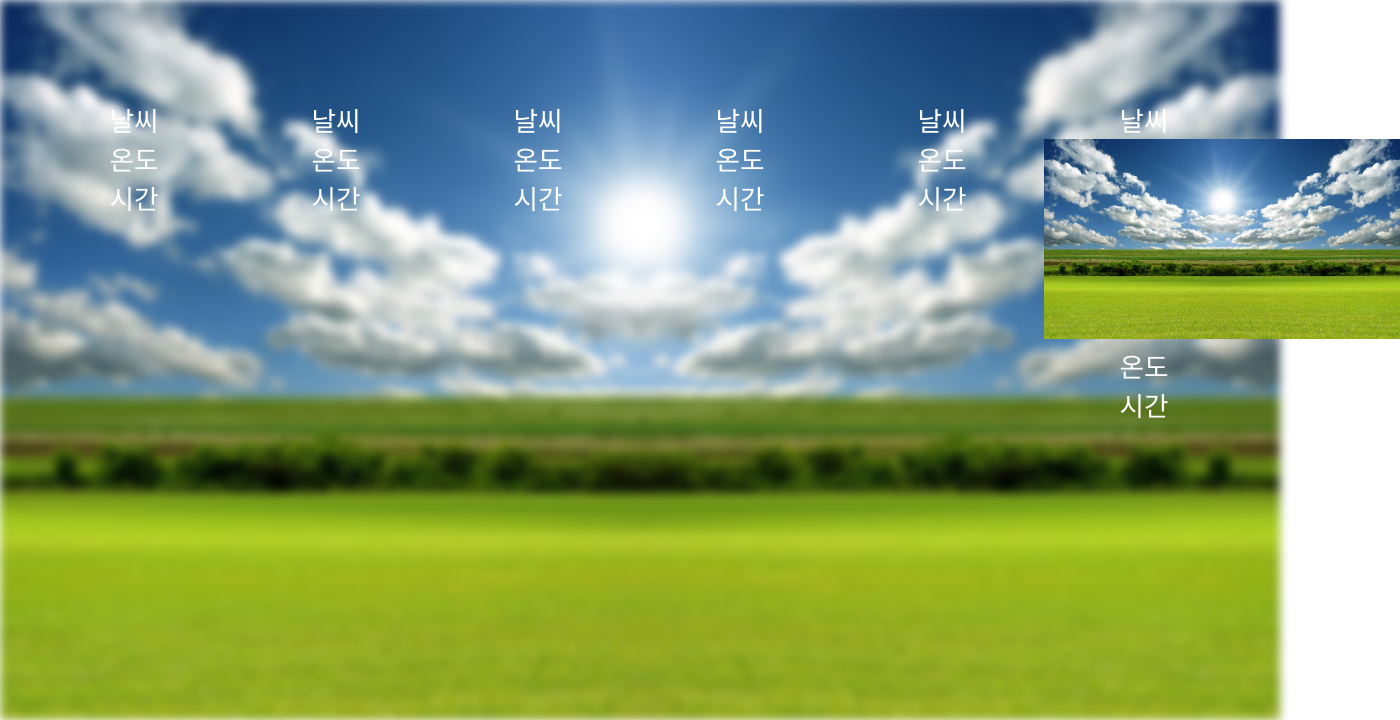
Repository: RyoTTa/4-1-Web-Programming
Page: SoloProject/Project/WebContent/index.html
The author's editor kept a copy of each file at every save. The page is drawn from the files as they stood at one save, then again after the next save.
The browser window is 1280 px wide. The page is 1400 px wide, then 1280 px, so the pictures cover 1400 px, including what lies to the right of the window. The pictures show the whole page.
The page's requests for data from a server got no answer.

Above is the page before, as saved 2020-05-05 15:24:44.

### SoloProject/Project/WebContent/index.html
<!DOCTYPE html>
<html>
<head>
	<meta charset="UTF-8">
	<script src="https://ajax.googleapis.com/ajax/libs/jquery/3.4.1/jquery.min.js"></script>
	<link type="text/css" rel="stylesheet" href="background.css"></link>
	<title>Insert title here</title>
</head>
<body>
	<div>
		<center>
			<div><h2 id="current_time" ></h2></div>
			<div><h1 id="current_weather"></h1></div>
			<div id="current_temp"></div>
		</center>
	</div>
	<div class="forecast_layer_outter">
		<div class="forecast_layer_inner">
			<div class="forecast_contents">
				<div class="box">
					<div id="box1_weather">날씨</div>
					<div id="box1_weather_icon"></div>
					<div id="box1_temp">온도</div>
					<div id="box1_time">시간</div>
				</div>
				<div class="box">
					<div id="box2_weather">날씨</div>
					<div id="box2_weather_icon"></div>
					<div id="box2_temp">온도</div>
					<div id="box2_time">시간</div>
				</div>
				<div class="box">
					<div id="box3_weather">날씨</div>
					<div id="box3_weather_icon"></div>
					<div id="box3_temp">온도</div>
					<div id="box3_time">시간</div>
				</div>
				<div class="box">
					<div id="box4_weather">날씨</div>
					<div id="box4_weather_icon"></div>
					<div id="box4_temp">온도</div>
					<div id="box4_time">시간</div>
				</div>
				<div class="box">
					<div id="box5_weather">날씨</div>
					<div id="box5_weather_icon"></div>
					<div id="box5_temp">온도</div>
					<div id="box5_time">시간</div>
				</div>
				<div class="box">
					<div id="box6_weather">날씨</div>
					<div id="box6_weather_icon"><img id=box6_weather_icon_image src="clean.jpg" widht="200px" height="200px"></div>
					<div id="box6_temp">온도</div>
					<div id="box6_time">시간</div>
				</div>
			</div>
		</div>
	</div>


   	<!----script 부분---->
	<script>
		function parseWeather(){
			forecast_loadJSON(function(response){
				var jsonData = JSON.parse(response);
				var date = new Date(jsonData["list"][0]["dt_txt"]);
				date.setHours(date.getHours()+9)
				for(i = 0; i<7 ;i++){
					var imgURL = "http://openweathermap.org/img/w/" + jsonData.weather[0].icon + ".png";
					$("#box"+i+"_weather").text(jsonData["list"][i]["weather"][0]["main"]);
					$("#box"+i+"_weather_icon_image").attr("src", imgURL);
					$("#box"+i+"_temp").text(Math.floor((jsonData["list"][i]["main"]["temp"] - 273.15))+"°C");

					$("#box"+i+"_time").text(date.getDate()+"일 "+date.getHours()+"시");
					date.setHours(date.getHours()+3);
				}

			});

			weather_loadJSON(function(response){
				var jsonData = JSON.parse(response);
				var date = new Date();
				$("#current_time").text(date.getMonth()+"월 "+date.getDate()+"일 "+date.getHours()+"시");
				$("#current_temp").text((jsonData["main"]["temp"] - 273.15)+"°C");
				$("#current_weather").text(jsonData["weather"][0]["main"]);
			});
		}


		function forecast_loadJSON(callback){
			var apiURL ="http://api.openweathermap.org/data/2.5/forecast?q=Daegu,KR&cnt=7&appid=dc8d5f394054b66bd905f0d24fc95a3d "
			var request = new XMLHttpRequest();
			request.overrideMimeType("application/json");
			request.open('GET',apiURL, true);

			request.onreadystatechange = function(){
				if(request.readyState == 4 && request.status =="200"){
					callback(request.responseText);
				}
			};
			request.send(null);
		}


		function weather_loadJSON(callback){
			var apiURL ="http://api.openweathermap.org/data/2.5/weather?q=Daegu,KR&appid=dc8d5f394054b66bd905f0d24fc95a3d "
			var request = new XMLHttpRequest();
			request.overrideMimeType("application/json");
			request.open('GET',apiURL, true);

			request.onreadystatechange = function(){
				if(request.readyState == 4 && request.status =="200"){
					callback(request.responseText);
				}
			};
			request.send(null);
		}
		window.onload = function(){
			parseWeather();
		}

	</script>

</body>
</html>

### SoloProject/Project/WebContent/background.css
body::before {
	position: fixed;
	top: 0;
	left: 0;
	right: 0;
	bottom: 0;
	background-image: url("./background/clean.jpg");
	background-size: cover;
	-webkit-filter: blur(5px);
	-moz-filter: blur(5px);
	-o-filter: blur(5px);
	-ms-filter: blur(5px);
	filter: blur(5px);
	z-index: -1;
	content: "";
}
#current_time{
	color :white;
}
#current_weather{
	color :white;
}
#current_temp{
	color :white;
	font-size: 200pt;
}

.forecast_layer_outter{
	margin-top:100px;
	display : table;
	width : 100%;
	height : 100%;
}
.forecast_layer_inner{
	display : table-cell;
	text-align: center;
	vertical-align:middle;
}
.forecast_contents{
	display : inline-block;
}
.box{
	width : 200px;
	height : 200px;
	color: #fff;
	font-size:20pt;
	text-align:center;
	float:left;
	margin-right:2px;
}

After the next save:
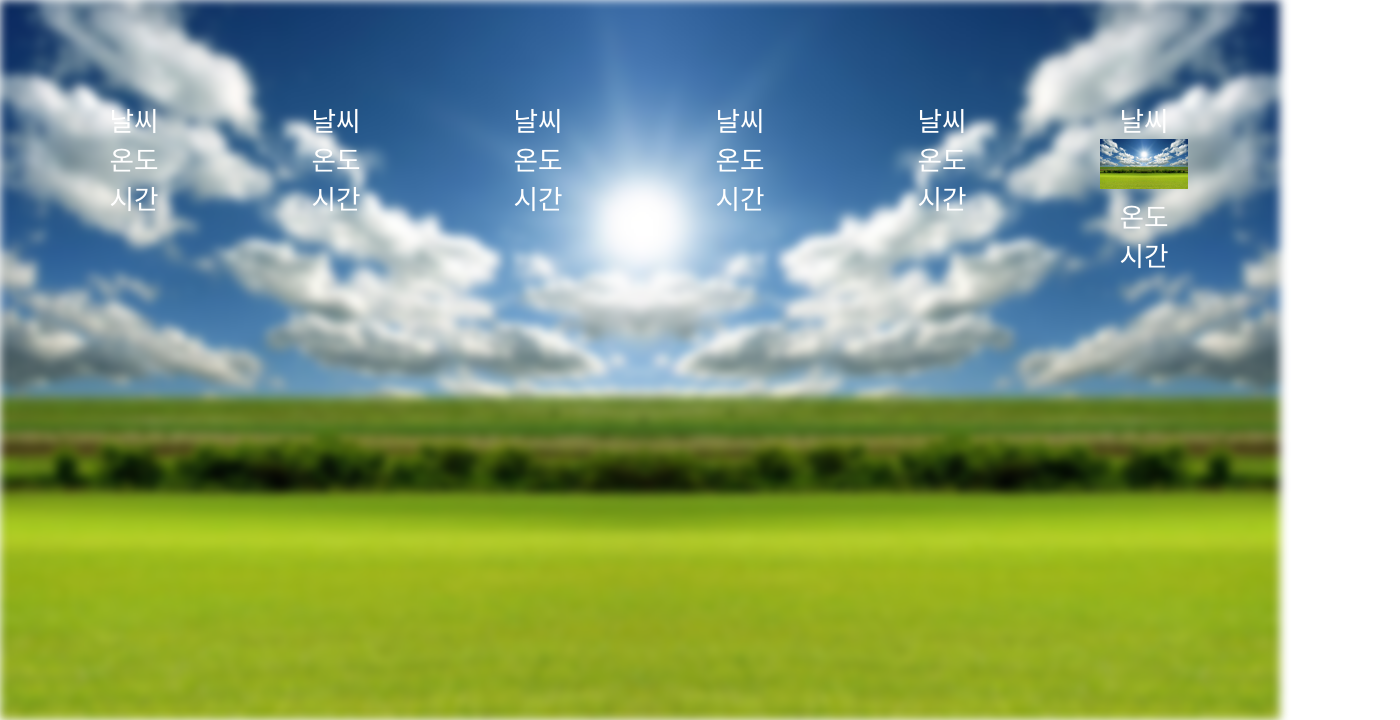
Saved 8 s later.
--- a/SoloProject/Project/WebContent/index.html
+++ b/SoloProject/Project/WebContent/index.html
@@ -49,7 +49,7 @@
 				</div>
 				<div class="box">
 					<div id="box6_weather">날씨</div>
-					<div id="box6_weather_icon"><img id=box6_weather_icon_image src="clean.jpg" widht="200px" height="200px"></div>
+					<div id="box6_weather_icon"><img id=box6_weather_icon_image src="clean.jpg" widht="50px" height="50px"></div>
 					<div id="box6_temp">온도</div>
 					<div id="box6_time">시간</div>
 				</div>
